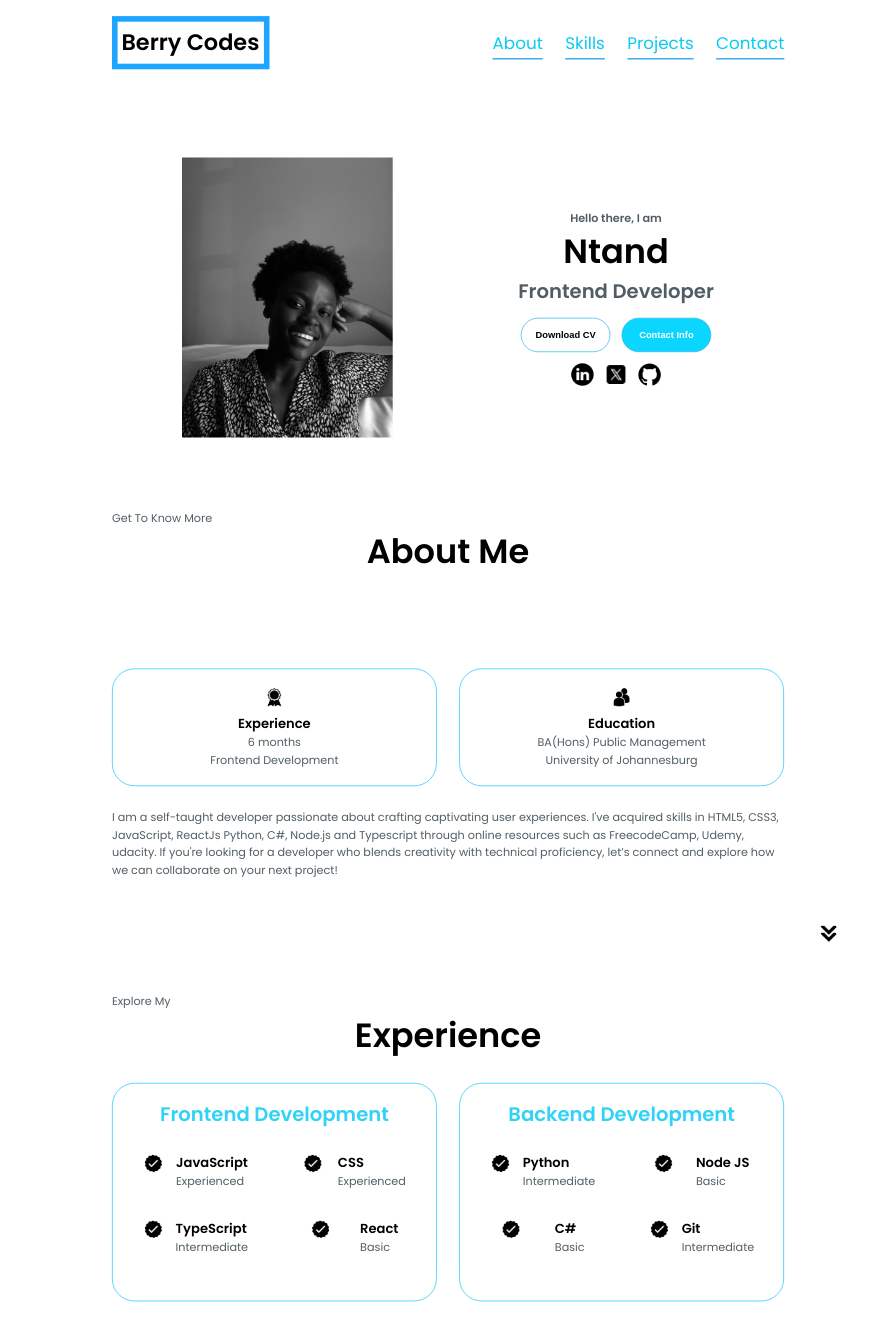
Repository: ntandomagana/FS-Dev-Portfolio
Page: index.html
The author's editor kept a copy of each file at every save. The page is drawn from the files as they stood at one save, then again after a run of saves.
The browser window is 1280 px wide. The pictures show the part of the page from y = 0 to 1920 px (the page is 3463 px tall before and 3485 px after), at 70% of full size.

Above is the page before, as saved 2024-05-06 11:12:47.

### index.html
<!DOCTYPE html>
<html lang="en">
  <head>
    <meta charset="UTF-8" />
    <meta http-equiv="X-UA-Compatible" content="IE=edge" />
    <meta name="viewport" content="width=device-width, initial-scale=1.0" />
    <title>My Portfolio</title>
    <link rel="stylesheet" href="style.css" />
    <link rel="stylesheet" href="mediaqueries.css" />
  </head>
  <body>
    <nav id="desktop-nav">
      <div class="logo">Berry Codes</div>
      <div>
        <ul class="nav-links">
          <li><a href="#about">About</a></li>
          <li><a href="#experience">Skills</a></li>
          <li><a href="#projects">Projects</a></li>
          <li><a href="#contact">Contact</a></li>
        </ul>
      </div>
    </nav>
    <nav id="hamburger-nav">
      <div class="logo">Coding Berry</div>
      <div class="hamburger-menu">
        <div class="hamburger-icon" onclick="toggleMenu()">
          <span></span>
          <span></span>
          <span></span>
        </div>
        <div class="menu-links">
          <li><a href="#about" onclick="toggleMenu()">About</a></li>
          <li><a href="#experience" onclick="toggleMenu()">Skills</a></li>
          <li><a href="#projects" onclick="toggleMenu()">Projects</a></li>
          <li><a href="#contact" onclick="toggleMenu()">Contact</a></li>
        </div>
      </div>
    </nav>
    <section id="profile">
      <div class="section-pic-container">
        <img src="./assets/bwpp.jpg" alt="profile picture" />
      </div>
      <div class="section-text">
        <p class="section-text-p1">Hello there, I am</p>

        <h1 class="title"><span id="typed-text"></span></h1>

        <p class="section-text-p2">Frontend Developer</p>
        <div class="btn-container">
          <button
            class="btn btn-color-2"
            onclick="window.open('./assets/NP Magana - Web Developer.pdf')"
          >
            Download CV
          </button>
          <button class="btn btn-color-1" onclick="location.href='./#contact'">
            Contact Info
          </button>
        </div>
        <div id="socials-container">
          <img
            src="./assets/linkedin.png"
            alt="My LinkedIn profile"
            class="icon"
            onclick="location.href='https://www.linkedin.com/in/ntandoyenkosi-magana-/'"
          />

          <img
            src="./assets/icons8-twitterx-50.png"
            alt="My Github profile"
            class="icon"
            onclick="location.href='https://twitter.com/Sir_M_Charles'"
          />
          <img
            src="./assets/github.png"
            alt="My Github profile"
            class="icon"
            onclick="location.href='https://github.com/ntandomagana'"
          />
        </div>
      </div>
    </section>
    <section id="about">
      <p class="section__text__p1">Get To Know More</p>
      <h1 class="title">About Me</h1>
      <div class="section-container">
        <div class="about-details-container">
          <div class="about-containers">
            <div class="details-container">
              <img
                src="./assets/experience.png"
                alt="Experience icon"
                class="icon"
              />
              <h3>Experience</h3>
              <p>6 months <br />Frontend Development</p>
            </div>
            <div class="details-container">
              <img
                src="./assets/education.png"
                alt="Education icon"
                class="icon"
              />
              <h3>Education</h3>
              <p>BA(Hons) Public Management <br />University of Johannesburg</p>
            </div>
          </div>
          <div class="text-container">
            <p>
              I am a self-taught developer passionate about crafting captivating
              user experiences. I've acquired skills in HTML5, CSS3, JavaScript,
              ReactJs Python, C#, Node.js and Typescript through online
              resources such as FreecodeCamp, Udemy, udacity. If you're looking
              for a developer who blends creativity with technical proficiency,
              let’s connect and explore how we can collaborate on your next
              project!
            </p>
          </div>
        </div>
      </div>
      <img
        src="./assets/arrow.png"
        alt="Arrow icon"
        class="icon arrow"
        onclick="location.href='./#experience'"
      />
    </section>
    <section id="experience">
      <p class="section__text__p1">Explore My</p>
      <h1 class="title">Experience</h1>
      <div class="experience-details-container">
        <div class="about-containers">
          <div class="details-container">
            <h2 class="experience-sub-title">Frontend Development</h2>
            <div class="article-container">
              <article>
                <img
                  src="./assets/checkmark.png"
                  alt="Experience icon"
                  class="icon"
                />
                <div>
                  <h3>JavaScript</h3>
                  <p>Experienced</p>
                </div>
              </article>
              <article>
                <img
                  src="./assets/checkmark.png"
                  alt="Experience icon"
                  class="icon"
                />
                <div>
                  <h3>CSS</h3>
                  <p>Experienced</p>
                </div>
              </article>
              <article>
                <img
                  src="./assets/checkmark.png"
                  alt="Experience icon"
                  class="icon"
                />
                <div>
                  <h3>TypeScript</h3>
                  <p>Intermediate</p>
                </div>
              </article>
              <article>
                <img
                  src="./assets/checkmark.png"
                  alt="Experience icon"
                  class="icon"
                />
                <div>
                  <h3>React</h3>
                  <p>Basic</p>
                </div>
              </article>
              <article></article>
            </div>
          </div>
          <div class="details-container">
            <h2 class="experience-sub-title">Backend Development</h2>
            <div class="article-container">
              <article>
                <img
                  src="./assets/checkmark.png"
                  alt="Experience icon"
                  class="icon"
                />
                <div>
                  <h3>Python</h3>
                  <p>Intermediate</p>
                </div>
              </article>
              <article>
                <img
                  src="./assets/checkmark.png"
                  alt="Experience icon"
                  class="icon"
                />
                <div>
                  <h3>Node JS</h3>
                  <p>Basic</p>
                </div>
              </article>
              <article>
                <img
                  src="./assets/checkmark.png"
                  alt="Experience icon"
                  class="icon"
                />
                <div>
                  <h3>C#</h3>
                  <p>Basic</p>
                </div>
              </article>
              <article>
                <img
                  src="./assets/checkmark.png"
                  alt="Experience icon"
                  class="icon"
                />
                <div>
                  <h3>Git</h3>
                  <p>Intermediate</p>
                </div>
              </article>
            </div>
          </div>
        </div>
      </div>
      <img
        src="./assets/arrow.png"
        alt="Arrow icon"
        class="icon arrow"
        onclick="location.href='./#projects'"
      />
    </section>
    <section id="projects">
      <p class="section__text__p1">View My Recent</p>
      <h1 class="title">Projects</h1>
      <div class="experience-details-container">
        <div class="about-containers">
          <div class="details-container color-container">
            <div class="article-container">
              <img
                src="./assets/coming soon.jpg"
                alt="Project 1"
                class="project-img"
              />
            </div>
            <h2 class="experience-sub-title project-title">Project One</h2>
            <div class="btn-container">
              <button
                class="btn btn-color-2 project-btn"
                onclick="location.href='https://github.com/'"
              >
                Github
              </button>
            </div>
          </div>
          <div class="details-container color-container">
            <div class="article-container">
              <img
                src="./assets/coming soon.jpg"
                alt="Project 2"
                class="project-img"
              />
            </div>
            <h2 class="experience-sub-title project-title">Project Two</h2>
            <div class="btn-container">
              <button
                class="btn btn-color-2 project-btn"
                onclick="location.href='https://github.com/'"
              >
                Github
              </button>
            </div>
          </div>
          <div class="details-container color-container">
            <div class="article-container">
              <img
                src="./assets/coming soon.jpg"
                alt="Project 3"
                class="project-img"
              />
            </div>
            <h2 class="experience-sub-title project-title">Project Three</h2>
            <div class="btn-container">
              <button
                class="btn btn-color-2 project-btn"
                onclick="location.href='https://github.com/'"
              >
                Github
              </button>
            </div>
          </div>
        </div>
      </div>
      <img
        src="./assets/arrow.png"
        alt="Arrow icon"
        class="icon arrow"
        onclick="location.href='./#contact'"
      />
    </section>
    <section id="contact">
      <p class="section__text__p1">Get in Touch</p>
      <h1 class="title">Contact Me</h1>
      <div class="contact-info-upper-container">
        <div class="contact-info-container">
          <img
            src="./assets/email.png"
            alt="Email icon"
            class="icon contact-icon email-icon"
          />
          <p>
            <a href="mailto:ntandomagana@gmail.com">ntandomagana@gmail.com</a>
          </p>
        </div>
        <div class="contact-info-container">
          <img
            src="./assets/linkedin.png"
            alt="LinkedIn icon"
            class="icon contact-icon"
          />
          <p><a href="https://www.linkedin.com">LinkedIn</a></p>
        </div>
      </div>
    </section>
    <footer>
      <nav>
        <div class="nav-links-container">
          <ul class="nav-links">
            <li><a href="#about">About</a></li>
            <li><a href="#experience">Skills</a></li>
            <li><a href="#projects">Projects</a></li>
            <li><a href="#contact">Contact</a></li>
          </ul>
        </div>
      </nav>
      <p>Copyright &#169; 2023 Ntando Magana. All Rights Reserved.</p>
    </footer>
    <script src="script.js"></script>
  </body>
</html>

### style.css
@import url("https://fonts.googleapis.com/css2?family=Poppins:wght@300;400;500;600&display=swap");

* {
  margin: 0;
  padding: 0;
}

body {
  font-family: "Poppins", sans-serif;
}

html {
  scroll-behavior: smooth;
}

p {
  color: #515d65;
}

section {
  margin-bottom: 2px;
}

a,
.btn {
  transition: all 300ms ease;
}

nav,
.nav-links {
  display: flex;
}

nav {
  justify-content: space-around;
  align-items: center;
  height: 17vh;
}

.nav-links {
  gap: 2rem;
  list-style-type: none;
  font-size: 1.5rem;
}

a {
  color: rgb(11, 202, 240);
  text-decoration: underline;
  text-underline-offset: 0.8rem;
  text-decoration-color: rgb(51, 169, 237);
}

.logo {
  font-size: 2rem;
}

.logo:hover {
  cursor: default;
}

#hamburger-nav {
  display: none;
}

.hamburger-menu {
  position: relative;
  display: inline-block;
}

.hamburger-icon {
  display: flex;
  flex-direction: column;
  justify-content: space-between;
  height: 24px;
  width: 30px;
  cursor: pointer;
}



.hamburger-icon span {
  width: 100%;
  height: 2px;
  background-color: rgb(9, 255, 255);
  transition: all 0.3 ease-in-out;
}

.menu-links {
  position: absolute;
  top: 100%;
  right: 0;
  background-color: white;
  width: fit-content;
  max-height: 0;
  overflow: hidden;
  transition: all 0.3 ease-in-out;
}

.menu-links a {
  display: block;
  padding: 10px;
  text-align: center;
  font-size: 1.5rem;
  color: rgb(15, 224, 231);
  text-decoration: none;
  transition: all 0.3 ease-in-out;
}

.menu-links li {
  list-style-type: none;
}

.menu-links.open {
  max-height: 300px;
}

.hamburger-icon.open span:first-child {
  transform: rotate(45deg) translate(10px, 5px);
}

.hamburger-icon.open span:nth-child(2) {
  opacity: 0;
}

.hamburger-icon.open span:last-child {
  transform: rotate(-45deg) translate(10px, -5px);
}

.hamburger-icon span:first-child {
  transform: none;
}

.hamburger-icon span:first-child {
  opacity: 1;
}

.hamburger-icon span:first-child {
  transform: none;
}

section {
  padding-top: 4vh;
  height: 96vh;
  margin: 0 10rem;
  box-sizing: border-box;
  min-height: fit-content;
}

.section-container {
  display: flex;
}

#profile {
  display: flex;
  justify-content: center;
  gap: 5rem;
  height: 80vh;
}

.section-pic-container {
  display: flex;
  height: 400px;
  width: 400px;
  margin: auto 0;
}

.section-text {
  align-self: center;
  text-align: center;
}

.section-text p {
  font-weight: 600;
}

.section-text-p1 {
  text-align: center;
}

.section-text-p2 {
  font-size: 1.75rem;
  margin-bottom: 1rem;
}

.title {
  font-size: 3rem;
  text-align: center;
}

#socials-container {
  display: flex;
  justify-content: center;
  margin-top: 1rem;
  gap: 1rem;
}

.icon {
  cursor: pointer;
  height: 2rem;
}

/* BUTTONS */

.btn-container {
  display: flex;
  justify-content: center;
  gap: 1rem;
}

.btn {
  font-weight: 600;
  transition: all 300ms ease;
  padding: 1rem;
  width: 8rem;
  border-radius: 2rem;
}

.btn-color-1,
.btn-color-2 {
  border: rgb(43, 182, 241) 0.1rem solid;
}

.btn-color-1:hover,
.btn-color-2:hover {
  cursor: pointer;
}

.btn-color-1,
.btn-color-2:hover {
  background: rgb(11, 214, 255);
  color: white;
}

.btn-color-1:hover {
  background: rgb(83, 215, 232);
}

.btn-color-2 {
  background: none;
}

.btn-color-2:hover {
  border: rgb(26, 210, 243) 0.2rem solid;
}

.btn-container {
  gap: 1rem;
}

/* ABOUT SECTION */

#about {
  position: relative;
}

.about-containers {
  gap: 2rem;
  margin-bottom: 2rem;
  margin-top: 2rem;
}

.about-details-container {
  justify-content: center;
  flex-direction: column;
}

.about-containers,
.about-details-container {
  display: flex;
}

.arrow {
  position: absolute;
  right: -5rem;
  bottom: 2.5rem;
}

.details-container {
  padding: 1.5rem;
  flex: 1;
  background: white;
  border-radius: 2rem;
  border: rgb(34, 174, 239) 0.1rem solid;
  border-color: rgb(28, 197, 249);
  text-align: center;
}

.section-container {
  gap: 4rem;
  height: 80%;
}

.section__pic-container {
  height: 400px;
  width: 400px;
  margin: auto 0;
}

/* EXPERIENCE SECTION */

#experience {
  position: relative;
}

.experience-sub-title {
  color: rgb(48, 210, 246);
  font-weight: 600;
  font-size: 1.75rem;
  margin-bottom: 2rem;
}

.experience-details-container {
  display: flex;
  justify-content: center;
  flex-direction: column;
}

.article-container {
  display: flex;
  text-align: initial;
  flex-wrap: wrap;
  flex-direction: row;
  gap: 2.5rem;
  justify-content: space-around;
}

article {
  display: flex;
  width: 10rem;
  justify-content: space-around;
  gap: 0.5rem;
}

article .icon {
  cursor: default;
}

/* PROJECTS SECTION */

#projects {
  position: relative;
}

.color-container {
  border-color: rgb(21, 220, 255);
  background: rgb(250, 250, 250);
}

.project-img {
  border-radius: 2rem;
  width: 90%;
  height: 90%;
}

.project-title {
  margin: 1rem;
  color: #00bbf0;
}

.project-btn {
  color: #00bbf0;
  border-color: rgb(18, 217, 252);
}

/* CONTACT */

#contact {
  display: flex;
  justify-content: center;
  flex-direction: column;
  height: 70vh;
}

.contact-info-upper-container {
  display: flex;
  justify-content: center;
  border-radius: 2rem;
  border: rgb(16, 220, 242) 0.1rem solid;
  border-color: rgb(19, 211, 250);
  background: (250, 250, 250);
  margin: 2rem auto;
  padding: 0.5rem;
}

.contact-info-container {
  display: flex;
  align-items: center;
  justify-content: center;
  gap: 0.5rem;
  margin: 1rem;
}

.contact-info-container p {
  font-size: larger;
}

.contact-icon {
  cursor: default;
}

.email-icon {
  height: 2.5rem;
}

footer {
  height: 26vh;
  margin: 0 1rem;
}

footer p {
  text-align: center;
}

/* Add this CSS to your existing style.css or create a new style tag in the head of your HTML */

/* Bold, underline, and bubble effect for the logo */
.logo {
  font-weight: bold;
  text-decoration: wavy;
  display: inline-block;
  position: relative;
  border: 8px solid #1ea5ff; /* Adjust the border thickness and color as needed */
  padding: 6px; /* Adjust the padding as needed */
}

.logo::after {
  content: "";
  position: absolute;
  width: 100%;
  height: 0;
  bottom: 0;
  left: 0;
  opacity: 0;
  border-bottom: 2px solid #fff;
  animation: bubble 0.5s infinite ease-in-out;
}

@keyframes bubble {
  0% {
    height: 0;
    opacity: 0;
  }
  50% {
    height: 100%;
    opacity: 1;
  }
  100% {
    height: 0;
    opacity: 0;
  }
}

### mediaqueries.css
@media screen and (max-width: 1400px) {

}

### script.js
function toggleMenu() {
  const menu = document.querySelector(".menu-links");
  const icon = document.querySelector(".hamburger-icon");
  menu.classList.toggle("open");
  icon.classList.toggle("open");
}

//Javascript for looped typing effect
const typedText = document.getElementById("typed-text");
const textToType = 'Ntando Magana';

function typeText() {
  let index = 0;

  function type() {
    if (index < textToType.length) {
      typedText.innerHTML += textToType.charAt(index);
      index++;
      setTimeout(type, 200); // typing speed in milliseconds
    } else {
      setTimeout(erase, 300); // wait before erasing
    }
  }

  function erase() {
    if (typedText.innerHTML.length > 0) {
      typedText.innerHTML = typedText.innerHTML.slice(0, -1);
      setTimeout(erase, 300); //erasing speed in ms
    } else {
      index = 0; //Reset index for next typing cycle
      setTimeout(type, 200); // wait before typing again
    }
  }

  type(); // start typing
}

window.onload = typeText;

After the next 4 saves:
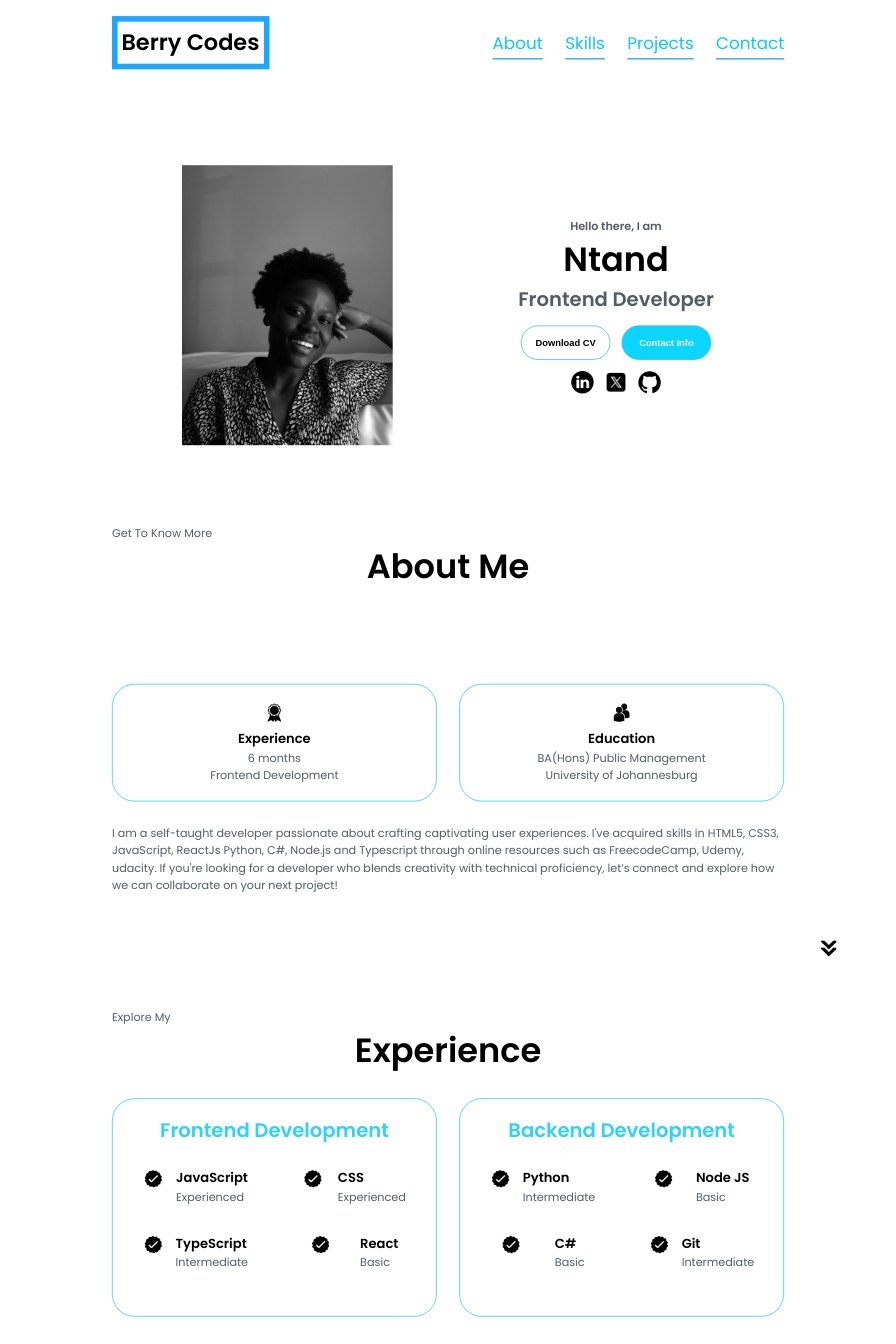
The 4 saves are shown as one change because they came seconds apart.
The last was saved 11 s later.
--- a/mediaqueries.css
+++ b/mediaqueries.css
@@ -1,3 +1,5 @@
 @media screen and (max-width: 1400px) {
-
+    #profile {
+        height: 83vh;
+    }
 }
